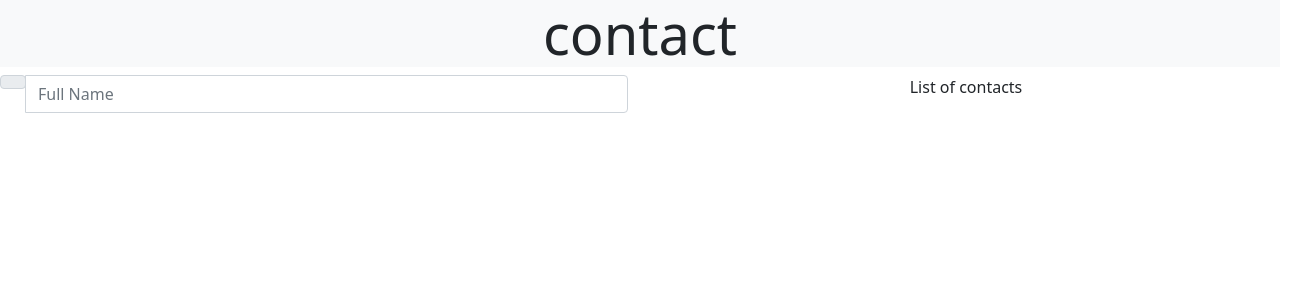
Repository: sahil801/my-react
Page: / (app in finalassignment/)
The author's editor kept a copy of each file at every save. The page is drawn from the files as they stood at one save, then again after the next save.
The browser window is 1280 px wide. The page is 1292 px wide, so the pictures cover 1292 px, including what lies to the right of the window. The pictures show the whole page.
The project was rebuilt for these pictures with package versions that can differ from the ones it lists, and the page was loaded fresh each time.

Above is the page before, as saved 2021-10-28 12:42:05.

### finalassignment/src/index.js
import React from 'react';
import ReactDOM from 'react-dom';
import './index.css';
import App from './App';
import reportWebVitals from './reportWebVitals';
import 'bootstrap/dist/css/bootstrap.min.css';

ReactDOM.render(
  <React.StrictMode>
    <App />
  </React.StrictMode>,
  document.getElementById('root')
);
reportWebVitals();

### finalassignment/src/App.js
import './App.css';
import Contacts from './components/contacts';
function App() {
  return (
    <div className="App">
      <Contacts/>
    </div>
  );
}

export default App;

### finalassignment/src/components/contacts.js
import React from 'react'
import Contactform from './contactform';

export default function Contacts() {
    return (
        <>
        <div className="bg-light text-center">
            <div className="container p-250">
                <h1 className="display-4">contact</h1>
            </div>
        </div>
        <div className="row mt-10">
            <div className="col md-5">
                <Contactform/>
            </div>
            <div className="col md-7">
                <div>List of contacts</div>
            </div>
        </div>
        </>
    )
}

### finalassignment/src/components/contactform.js
import React ,{useState,useEffect} from 'react'

export default function Contactform() {

    const initialFieldValue = {
        name : '',
        mobile : '',
        email : '',
        address : ''
    }
    const [value,setValue] = useState(initialFieldValue);
    const handleInputChange = (e) =>{
        var [name,val] = e.target;
        setValue({...value, [name]:value})
    }

    return (
        <div>
            <div className="form-group input-group">
                <div className="input-group-prepend">
                    <div className="input-group-text">
                        <i className="fas fa-user"></i>
                    </div>
                </div>
                <input className="form-control" placeholder="Full Name" name="name"
                    value={value.name} onChange={handleInputChange}
                />
            </div>
        </div>
    )
}

Loaded but not shown: finalassignment/public/index.html (common file); finalassignment/src/index.css (common file); finalassignment/src/reportWebVitals.js (common file); finalassignment/src/App.css (common file)

After the next save:
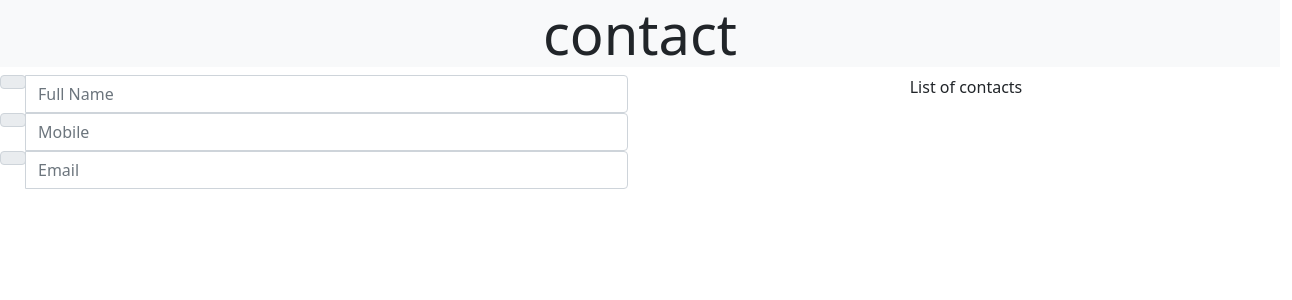
Saved 2 min 45 s later.
--- a/finalassignment/src/components/contactform.js
+++ b/finalassignment/src/components/contactform.js
@@ -16,6 +16,7 @@ export default function Contactform() {
 
     return (
         <div>
+            <form>
             <div className="form-group input-group">
                 <div className="input-group-prepend">
                     <div className="input-group-text">
@@ -23,9 +24,35 @@ export default function Contactform() {
                     </div>
                 </div>
                 <input className="form-control" placeholder="Full Name" name="name"
-                    value={value.name} onChange={handleInputChange}
+                    value={value.name}
+                    onChange={handleInputChange}
                 />
             </div>
+            <div className="form-row">
+                <div className="form-group input-group col-md-6">
+                    <div className="input-group-prepend">
+                        <div className="input-group-text">
+                            <i className="fas fa-mobile-alt"></i>
+                        </div>
+                    </div>
+                    <input className="form-control" placeholder="Mobile" name="mobile"
+                        value={value.mobile}
+                        onChange={handleInputChange}
+                    />
+                </div>
+                <div className="form-group input-group col-md-6">
+                    <div className="input-group-prepend">
+                        <div className="input-group-text">
+                            <i className="fas fa-envelope"></i>
+                        </div>
+                    </div>
+                    <input className="form-control" placeholder="Email" name="email"
+                        value={value.email}
+                        onChange={handleInputChange}
+                    />
+                </div>
+            </div>
+            </form>
         </div>
     )
 }
